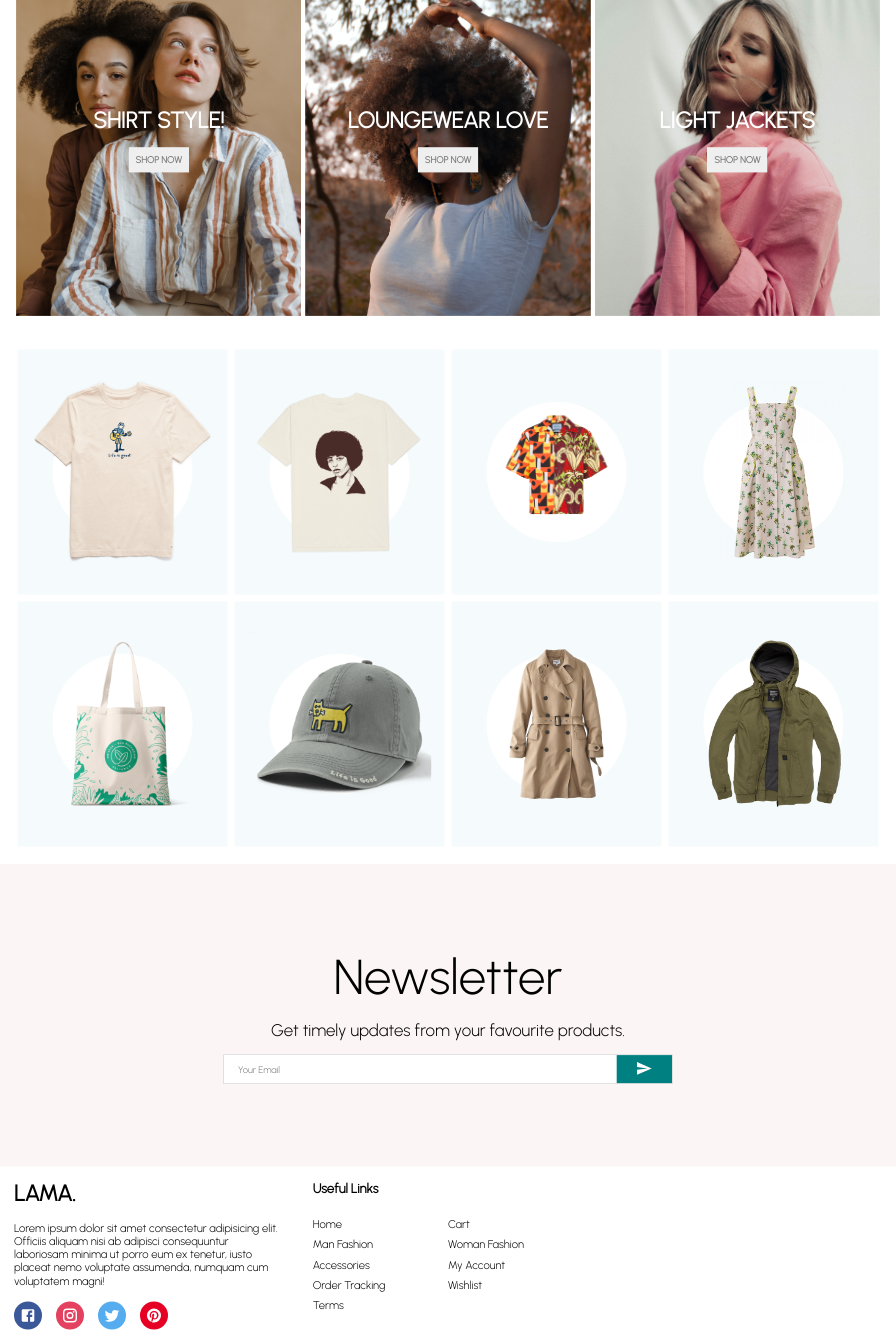
Repository: kmvaghela/ECOMMERCE
Page: /
An editor plug-in stored every save of this project. The page is shown before and after a run of saves, followed by the edit.
The browser window is 1280 px wide. The pictures show the part of the page from y = 885 to 2805 px (the page is 2805 px tall), at 70% of full size.
The project was rebuilt for these pictures with package versions that can differ from the ones it lists, and the page was loaded fresh each time.

Above is the page before, as saved 2022-02-23 20:02:16.

### public/index.html
<!DOCTYPE html>
<html lang="en">

<head>
  <meta charset="utf-8" />
  <meta name="viewport" content="width=device-width, initial-scale=1" />
  <meta name="description" content="Web site created using create-react-app" />
  <link href="https://fonts.googleapis.com/css2?family=Urbanist:wght@100;200;300&display=swap" rel="stylesheet">
  <style>
    * {
      margin: 0;
      font-family: 'Urbanist', sans-serif;
    }
  </style>
  <title>React App</title>
</head>

<body>
  <noscript>You need to enable JavaScript to run this app.</noscript>
  <div id="root"></div>
</body>

</html>

### src/pages/Home.jsx
import React from "react";
import Announcement from "../components/Announcement";
import Categories from "../components/Categories";
import Navbar from "../components/Navbar";
import Products from "../components/Products";
import Slider from "../components/Slider";
import Newsletter from "../components/Newsletter";
import Footer from "../components/Footer";

const Home = () => {
  return (
    <div>
      <Announcement />
      <Navbar />
      <Slider />
      <Categories />
      <Products />
      <Newsletter />
      <Footer />
    </div>
  );
};
export default Home;

### src/components/Announcement.jsx
import styled from "styled-components";

const Container = styled.div`
  height: 30px;
  background-color: teal;
  color: white;
  display: flex;
  align-items: center;
  justify-content: center;
  font-size: 14;
  font-weight: 500;
`;

const Announcement = () => {
  return (
    <Container>
      Super Deal! Free Shipping on Order Over $50
    </Container>
  );
};

export default Announcement;

### src/components/Categories.jsx
import styled from "styled-components";
import { categories } from "../data";
import CategoryItem from "./CategoryItem";

const Container = styled.div`
  display: flex;
  padding: 20px;
  justify-content: space-between;
`;

const Categories = () => {
  return (
    <Container>
      {categories.map((item) => (
        <CategoryItem item={item} key={item.id}/>
      ))}
    </Container>
  );
};

export default Categories;

### src/components/Navbar.jsx
import React from "react";
import styled from "styled-components";
import SearchOutlinedIcon from "@mui/icons-material/SearchOutlined";
import ShoppingCartOutlinedIcon from "@mui/icons-material/ShoppingCartOutlined";
import Badge from "@mui/material/Badge";

const Container = styled.div`
  height: 60px;
`;
const Wrapper = styled.div`
  padding: 10px 20px;
  display: flex;
  align-items: center;
  justify-content: space-between;
`;
const Left = styled.div`
  flex: 1;
  display: flex;
  align-items: center;
`;
const Language = styled.span`
  font-size: 14;
  cursor: pointer;
`;
const SearchContainer = styled.div`
  border: 0.5px solid lightgray;
  display: flex;
  align-items: center;
  margin-left: 25px;
  padding: 5px;
`;
const Input = styled.input`
  border: none;
`;

const Center = styled.div`
  flex: 2;
`;
const Logo = styled.h1`
  font-weight: bold;
  text-align: center;
`;

const Right = styled.div`
  flex: 1;
  display: flex;
  align-items: center;
  justify-content: flex-end;
`;
const MenuItem = styled.div`
  font-size: 14;
  cursor: pointer;
  margin-left: 25px;
`;

const Navbar = () => {
  return (
    <Container>
      <Wrapper>
        <Left>
          <Language>EN</Language>
          <SearchContainer>
            <Input />
            <SearchOutlinedIcon style={{color:"gray",fontSize:16}}/>
          </SearchContainer>
        </Left>
        <Center>
          <Logo>LAMA.</Logo>
        </Center>
        <Right>
          <MenuItem>REGISTER</MenuItem>
          <MenuItem>SIGN IN</MenuItem>
          <MenuItem>
            <Badge badgeContent={1} color="primary">
              <ShoppingCartOutlinedIcon />
            </Badge>
          </MenuItem>
        </Right>
      </Wrapper>
    </Container>
  );
};
export default Navbar;

### src/components/Products.jsx
import React from "react";
import styled from "styled-components";
import { popularProducts } from "../data";
import Product from "./Product";

const Container = styled.div`
  padding: 20px;
  display: flex;
  flex-wrap: wrap;
  justify-content: space-between;
`;

const Products = () => {
  return (
    <Container>
      {popularProducts.map((item) => (
        <Product item={item} key={item.id} />
      ))}
    </Container>
  );
};

export default Products;

### src/components/Slider.jsx
import React, { useState } from "react";
import styled from "styled-components";
import { ArrowLeftOutlined, ArrowRightOutlined } from "@mui/icons-material";
import { sliderItems } from "../data";
const Container = styled.div`
  width: 100%;
  height: 100vh;
  display: flex;
  position: relative;
  overflow: hidden;
`;
const Arrow = styled.div`
  width: 50px;
  height: 50px;
  background-color: #fff7f7;
  border-radius: 50%;
  display: flex;
  align-items: center;
  justify-content: center;
  position: absolute;
  top: 0;
  bottom: 0;
  left: ${(props) => props.direction === "left" && "10px"};
  right: ${(props) => props.direction === "right" && "10px"};
  margin: auto;
  cursor: pointer;
  opacity: 0.5;
  z-index: 2;
`;

const Wrapper = styled.div`
  height: 100%;
  display: flex;
  transform: translateX(${(props) => props.slideIndex * -100}vw);
  transition: all 1.5s ease;
`;

const Slide = styled.div`
  width: 100vw;
  height: 100vh;
  display: flex;
  align-items: center;
  background-color: ${(props) => props.bg};
`;
const ImgContainer = styled.div`
  height: 100%;
  flex: 1;
`;
const InfoContainer = styled.div`
  flex: 1;
  padding: 50px;
`;
const Image = styled.img`
  height: 80%;
`;

const Title = styled.h1`
  font-size: 70px;
`;
const Desc = styled.p`
  margin: 50px 20px;
  font-size: 20px;
  font-weight: 500;
  letter-spacing: 3px;
`;
const Button = styled.button`
  padding: 10px;
  font-size: 20px;
  background-color: transparent;
  cursor: pointer;
`;

const Slider = () => {
  const [slideIndex, setSlideIndex] = useState(0);
  const handleClick = (direction) => {
    if (direction === "left") {
      setSlideIndex(slideIndex > 0 ? slideIndex - 1 : 2);
    } else {
      setSlideIndex(slideIndex < 2 ? slideIndex + 1 : 0);
    }
  };
  return (
    <Container>
      <Arrow direction="left" onClick={() => handleClick("left")}>
        <ArrowLeftOutlined />
      </Arrow>
      <Wrapper slideIndex={slideIndex}>
        {sliderItems.map((item) => (
          <Slide bg={item.bg} key={item.id}>
            <ImgContainer>
              <Image src={item.img} alt="" />
            </ImgContainer>
            <InfoContainer>
              <Title>{item.title}</Title>
              <Desc>{item.desc}</Desc>
              <Button>SHOW NOW</Button>
            </InfoContainer>
          </Slide>
        ))}
      </Wrapper>
      <Arrow direction="right" onClick={() => handleClick("right")}>
        <ArrowRightOutlined />
      </Arrow>
    </Container>
  );
};

export default Slider;

### src/components/Newsletter.jsx
import React from "react";
import styled from "styled-components";
import SendIcon from "@mui/icons-material/Send";

const Container = styled.div`
  height: 60vh;
  background-color: #fcf5f5;
  display: flex;
  align-items: center;
  justify-content: center;
  flex-direction: column;
`;

const Title = styled.h1`
  font-size: 70px;
  margin-bottom: 20px;
  font-weight: 300;
`;

const Description = styled.div`
  font-size: 24px;
  margin-bottom: 20px;
`;

const InputContainer = styled.div`
  width: 50%;
  height: 40px;
  background-color: white;
  display: flex;
  justify-content: space-between;
  border: 1px solid lightgray;
`;

const Input = styled.input`
  border: none;
  flex: 8;
  padding-left: 20px;
`;

const Button = styled.button`
  flex: 1;
  border: none;
  background-color: teal;
  color: white;
`;

const Newsletter = () => {
  return (
    <Container>
      <Title>Newsletter</Title>
      <Description>
        Get timely updates from your favourite products.
      </Description>
      <InputContainer>
        <Input placeholder="Your Email" />
        <Button>
          <SendIcon />
        </Button>
      </InputContainer>
    </Container>
  );
};

export default Newsletter;

### src/components/Footer.jsx
import React from "react";
import styled from "styled-components";
import FacebookIcon from "@mui/icons-material/Facebook";
import InstagramIcon from "@mui/icons-material/Instagram";
import TwitterIcon from "@mui/icons-material/Twitter";
import PinterestIcon from "@mui/icons-material/Pinterest";

const Container = styled.div`
  display: flex;
`;

const Left = styled.div`
  flex: 1;
  display: flex;
  flex-direction: column;
  padding: 20px;
`;
const Center = styled.div`
  flex: 1;
  padding: 20px;
`;
const Right = styled.div`
  flex: 1;
  padding: 20px;
`;

const Logo = styled.h1``;

const Description = styled.p`
  margin: 20px 0px;
`;

const SocialContainer = styled.div`
  display: flex;
`;

const SocialIcon = styled.div`
  height: 40px;
  width: 40px;
  border-radius: 50%;
  color: white;
  background-color: ${(props) => props.color};
  display: flex;
  align-items: center;
  justify-content: center;
  margin-right: 20px;
`;

const Title = styled.h3`
  margin-bottom: 30px;
`;

const List = styled.ul`
  margin: 0;
  padding: 0;
  list-style: none;
  display: flex;
  flex-wrap: wrap;
`;

const ListItem = styled.li`
  width: 50%;
  margin-bottom: 10px;
`;

const Footer = () => {
  return (
    <Container>
      <Left>
        <Logo>LAMA.</Logo>
        <Description>
          Lorem ipsum dolor sit amet consectetur adipisicing elit. Officiis
          aliquam nisi ab adipisci consequuntur laboriosam minima ut porro eum
          ex tenetur, iusto placeat nemo voluptate assumenda, numquam cum
          voluptatem magni!
        </Description>
        <SocialContainer>
          <SocialIcon color="#3B5999">
            <FacebookIcon />
          </SocialIcon>
          <SocialIcon color="#E4405F">
            <InstagramIcon />
          </SocialIcon>
          <SocialIcon color="#55ACEE">
            <TwitterIcon />
          </SocialIcon>
          <SocialIcon color="#E60023">
            <PinterestIcon />
          </SocialIcon>
        </SocialContainer>
      </Left>

      <Center>
        <Title>Useful Links</Title>
        <List>
          <ListItem>Home</ListItem>
          <ListItem>Cart</ListItem>
          <ListItem>Man Fashion</ListItem>
          <ListItem>Woman Fashion</ListItem>
          <ListItem>Accessories</ListItem>
          <ListItem>My Account</ListItem>
          <ListItem>Order Tracking</ListItem>
          <ListItem>Wishlist</ListItem>
          <ListItem>Terms</ListItem>
        </List>
      </Center>

      <Right></Right>
    </Container>
  );
};

export default Footer;

### src/data.js
import img1 from "./assets/1.png";
import img2 from "./assets/2.png";
import img3 from "./assets/3.png";
import caterogryImg1 from "./assets/category-item-images/1.jpg";
import caterogryImg2 from "./assets/category-item-images/2.jpg";
import caterogryImg3 from "./assets/category-item-images/3.jpg";
import ProductImg1 from "./assets/product-images/1.png";
import ProductImg2 from "./assets/product-images/2.png";
import ProductImg3 from "./assets/product-images/3.png";
import ProductImg4 from "./assets/product-images/4.png";
import ProductImg5 from "./assets/product-images/5.png";
import ProductImg6 from "./assets/product-images/6.png";
import ProductImg7 from "./assets/product-images/7.png";
import ProductImg8 from "./assets/product-images/8.png";

export const sliderItems = [
    {
        id: 1,
        img: img1,
        title: "SUMMER SALE",
        desc: "DON'T COMPROMISE ON STYLE! GET FLAT 30% OFF FOR NEW ARRIVALS.",
        bg: "#f5fafd",
    },
    {
        id: 2,
        img: img2,
        title: "AUTUMN COLLECTION",
        desc: "DON'T COMPROMISE ON STYLE! GET FLAT 30% OFF FOR NEW ARRIVALS.",
        bg: "#fcf1ed",
    },
    {
        id: 3,
        img: img3,
        title: "LOUNGEWEAR LOVE",
        desc: "DON'T COMPROMISE ON STYLE! GET FLAT 30% OFF FOR NEW ARRIVALS.",
        bg: "#fbf0f4",
    }
];

export const categories = [
    {
        id: 1,
        img: caterogryImg1,
        title: "SHIRT STYLE!",
    },
    {
        id: 2,
        img: caterogryImg2,
        title: "LOUNGEWEAR LOVE",
    },
    {
        id: 3,
        img: caterogryImg3,
        title: "LIGHT JACKETS",
    }
];

export const popularProducts = [
    {
        id: 1,
        img: ProductImg1,
    },
    {
        id: 2,
        img: ProductImg2,
    },
    {
        id: 3,
        img: ProductImg3,
    },
    {
        id: 4,
        img: ProductImg4,
    },
    {
        id: 5,
        img: ProductImg5,
    },
    {
        id: 6,
        img: ProductImg6,
    },
    {
        id: 7,
        img: ProductImg7,
    },
    {
        id: 8,
        img: ProductImg8,
    },

]

### src/components/CategoryItem.jsx
import React from "react";
import styled from "styled-components";

const Container = styled.div`
  flex: 1;
  margin: 3px;
  height: 70vh;
  position: relative;
`;

const Image = styled.img`
  width: 100%;
  height: 100%;
  object-fit: cover;
  background-color: coral;
`;
const Info = styled.div`
  position: absolute;
  top: 0;
  left: 0;
  width: 100%;
  height: 100%;
  display: flex;
  align-items: center;
  justify-content: center;
  flex-direction: column;
`;
const Title = styled.h1`
  color: white;
  margin-bottom: 20px;
`;
const Button = styled.button`
  border: none;
  padding: 10px;
  color: gray;
  cursor: pointer;
  font-weight: 600;
`;

const CategoryItem = ({ item }) => {
  return (
    <Container key={item.id}>
      <Image src={item.img} alt="not  found" />
      <Info>
        <Title>{item.title}</Title>
        <Button>SHOP NOW</Button>
      </Info>
    </Container>
  );
};

export default CategoryItem;

### src/components/Product.jsx
import React from "react";
import styled from "styled-components";
import ShoppingCartOutlined from "@mui/icons-material/ShoppingCartOutlined";
import SearchOutlined from "@mui/icons-material/SearchOutlined";
import FavoriteBorderOutlined from "@mui/icons-material/FavoriteBorderOutlined";

const Info = styled.div`
  width: 100%;
  height: 100%;
  position: absolute;
  top: 0;
  left: 0;
  z-index: 3;
  display: flex;
  align-items: center;
  justify-content: center;
  background-color: rgba(0, 0, 0, 0.2);
  opacity: 0;
  transition: all 0.5s ease;
  cursor: pointer;
`;

const Container = styled.div`
  flex: 1;
  margin: 5px;
  min-width: 280px;
  height: 350px;
  display: flex;
  align-items: center;
  justify-content: center;
  background-color: #f5fbfd;
  position: relative;

  &:hover ${Info} {
    opacity: 1;
  }
`;

const Circle = styled.div`
  background-color: white;
  width: 200px;
  height: 200px;
  border-radius: 50%;
  position: absolute;
`;

const Image = styled.img`
  height: 75%;
  z-index: 2;
`;

const Icon = styled.div`
  height: 40px;
  width: 40px;
  background-color: white;
  border-radius: 50%;
  display: flex;
  align-items: center;
  justify-content: center;
  margin: 10px;
  transition: all 0.5s ease;

  &:hover {
    background-color: #e9f5f5;
    transform: scale(1.1);
  }
`;

const Product = ({ item }) => {
  return (
    <Container>
      <Circle />
      <Image src={item.img} alt="" />
      <Info>
        <Icon>
          <ShoppingCartOutlined />
        </Icon>
        <Icon>
          <SearchOutlined />
        </Icon>
        <Icon>
          <FavoriteBorderOutlined />
        </Icon>
      </Info>
    </Container>
  );
};

export default Product;

Loaded but not shown: src/index.js (common file); src/App.jsx (common file)

After the next 2 saves:
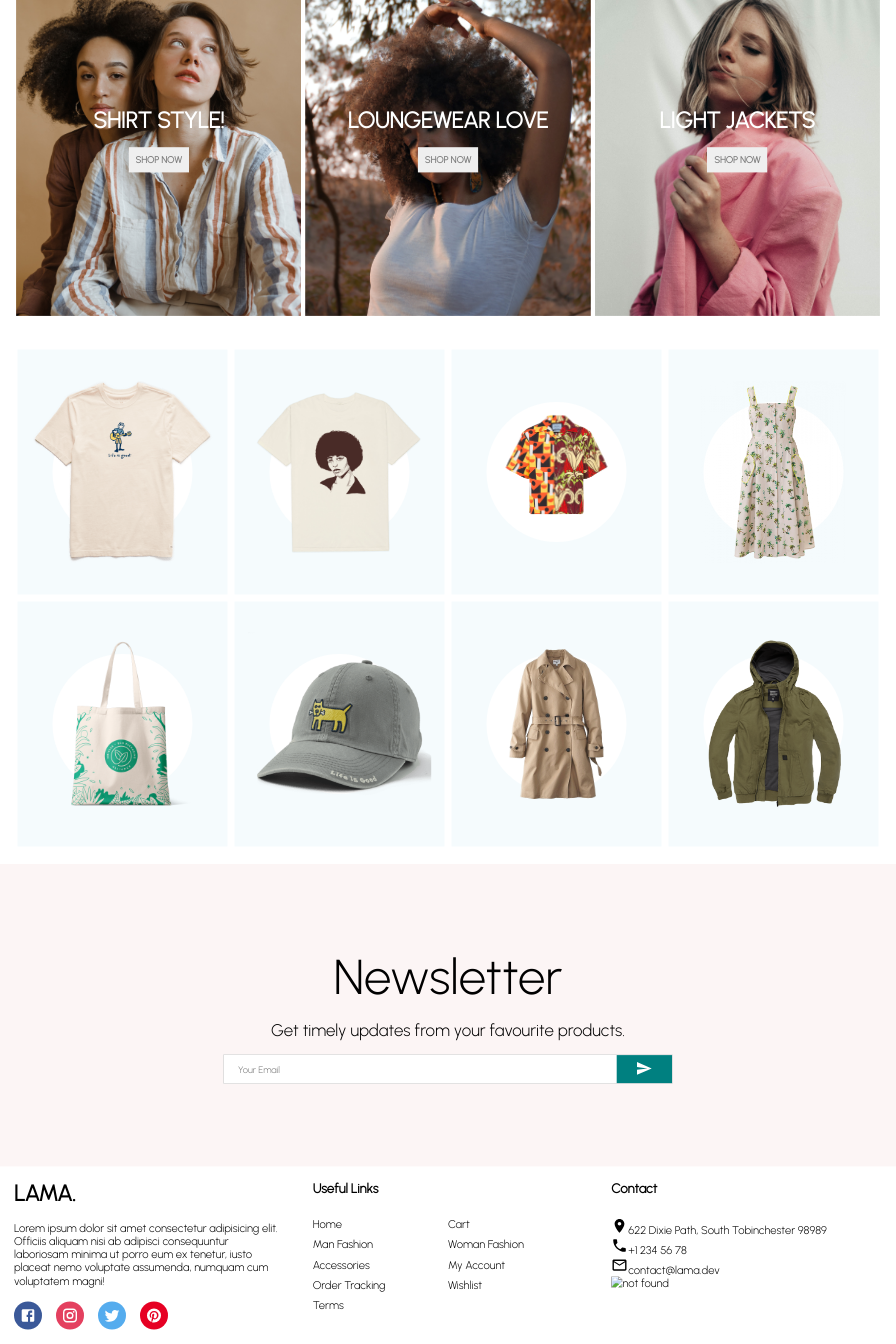
The 2 saves are shown as one change because 1 did not build or start.
The last was saved 10 min 26 s later.
--- a/src/components/Footer.jsx
+++ b/src/components/Footer.jsx
@@ -4,6 +4,9 @@
 import InstagramIcon from "@mui/icons-material/Instagram";
 import TwitterIcon from "@mui/icons-material/Twitter";
 import PinterestIcon from "@mui/icons-material/Pinterest";
+import RoomIcon from "@mui/icons-material/Room";
+import PhoneIcon from "@mui/icons-material/Phone";
+import MailOutlineIcon from "@mui/icons-material/MailOutline";
 
 const Container = styled.div`
   display: flex;
@@ -63,6 +66,9 @@
   margin-bottom: 10px;
 `;
 
+const ContactItem = styled.div``;
+const Payment = styled.img``;
+
 const Footer = () => {
   return (
     <Container>
@@ -105,7 +111,22 @@
         </List>
       </Center>
 
-      <Right></Right>
+      <Right>
+        <Title>Contact</Title>
+        <ContactItem>
+          <RoomIcon />
+          622 Dixie Path, South Tobinchester 98989
+        </ContactItem>
+        <ContactItem>
+          <PhoneIcon />
+          +1 234 56 78
+        </ContactItem>
+        <ContactItem>
+          <MailOutlineIcon />
+          contact@lama.dev
+        </ContactItem>
+        <Payment src="" alt="not found" />
+      </Right>
     </Container>
   );
 };
